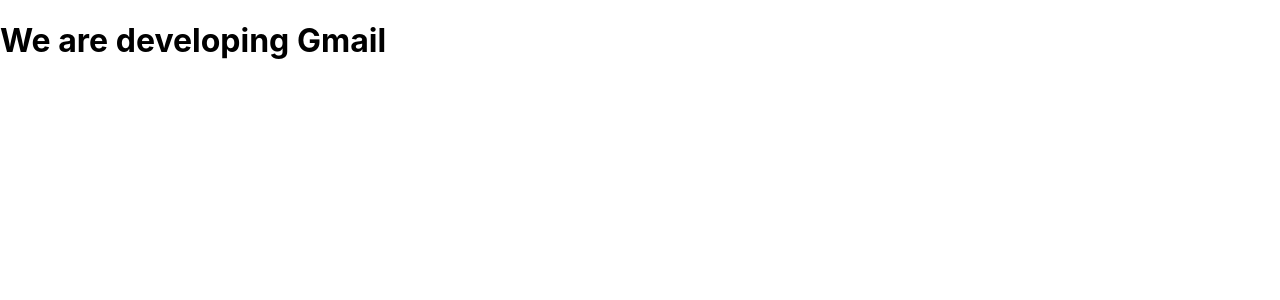
Repository: exiled-kal/Mail
Page: /
The author's editor kept a copy of each file at every save. The page is drawn from the files as they stood at one save, then again after a run of saves.
The browser window is 1280 px wide. The pictures show the whole page.
The project was rebuilt for these pictures with package versions that can differ from the ones it lists, and the page was loaded fresh each time.

Above is the page before, as saved 2021-09-26 20:42:59.

After the next 2 saves:
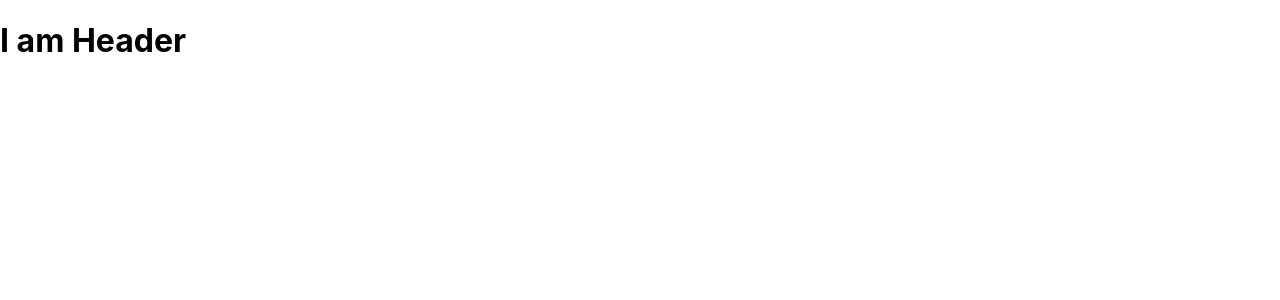
The 2 saves are shown as one change because they came seconds apart.
The last was saved 47 s later.
--- a/src/App.js
+++ b/src/App.js
@@ -1,9 +1,10 @@
 import React from "react";
+import Header from "./Header";
 
 function App() {
   return (
     <div className="App">
-      <h1>We are developing Gmail</h1>
+      <Header/>
     </div>
   );
 }
